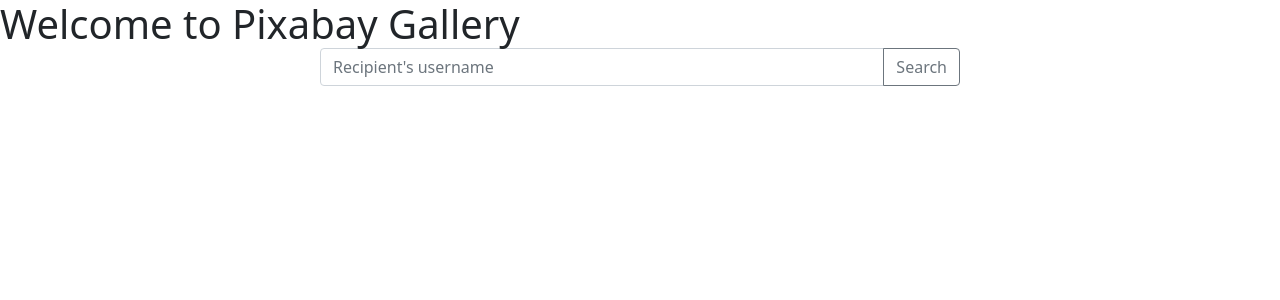
Repository: mehedi9465/PixaBay-Gallery
Page: index.html
An editor plug-in stored every save of this project. The page is shown before and after the next save, followed by the edit.
The browser window is 1280 px wide. The pictures show the whole page.

Above is the page before, as saved 2023-05-09 13:09:05.

After the next save:
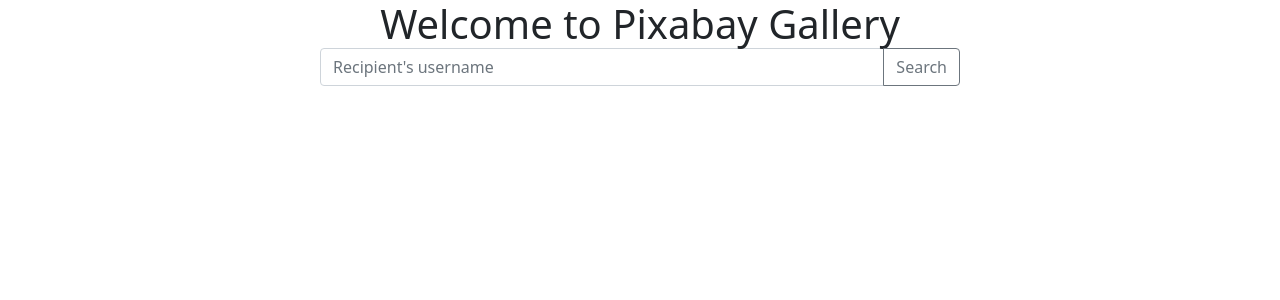
Saved 7 s later.
--- a/index.html
+++ b/index.html
@@ -42,7 +42,7 @@
           Search
         </button>
       </div>
-      <h1 class="text-center fs-1 position-absolute top-0 bottom-0 lef">Welcome to Pixabay Gallery</h1>
+      <h1 class="text-center fs-1 position-absolute top-0 bottom-0 start-0 end-0">Welcome to Pixabay Gallery</h1>
     </main>
 
     <script src="js/script.js"></script>
